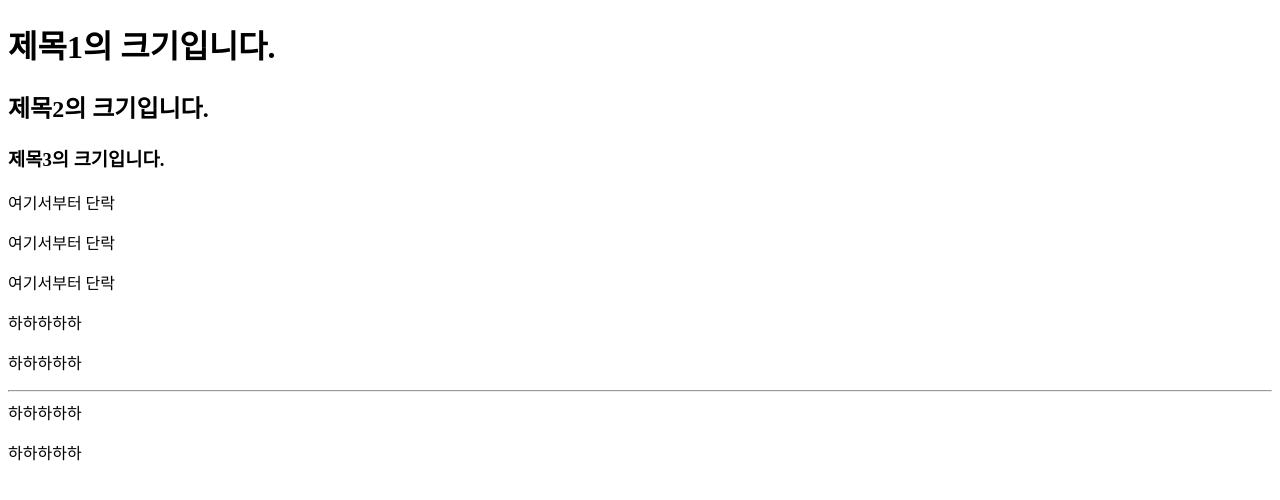
Repository: AkaKSR/Java_Convergence_New
Page: HTML0826/WebContent/Ex04.html
The author's editor kept a copy of each file at every save. The page is drawn from the files as they stood at one save, then again after the next save.
The browser window is 1280 px wide. The pictures show the whole page.

Above is the page before, as saved 2019-08-26 06:55:42.

### HTML0826/WebContent/Ex04.html
<!DOCTYPE html>
<html>
<head>
<meta charset="UTF-8">
<title>Insert title here</title>
</head>
<body>
	<h1>제목1의 크기입니다.</h1>
	<h2>제목2의 크기입니다.</h2>
	<h3>제목3의 크기입니다.</h3>
	<p>여기서부터 단락</p>
	<p>여기서부터 단락</p>
	<p>여기서부터 단락</p>
	하하하하하<p>
	하하하하하
	<hr>
	하하하하하<p>
	하하하하하
</body>
</html>

After the next save:
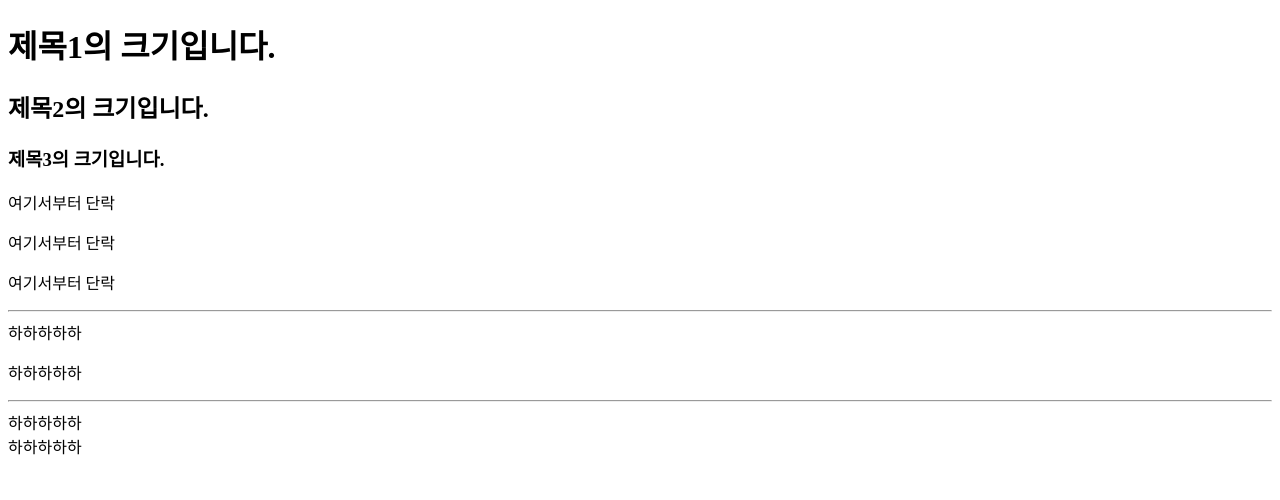
Saved 15 s later.
--- a/HTML0826/WebContent/Ex04.html
+++ b/HTML0826/WebContent/Ex04.html
@@ -11,10 +11,11 @@
 	<p>여기서부터 단락</p>
 	<p>여기서부터 단락</p>
 	<p>여기서부터 단락</p>
+	<hr>
 	하하하하하<p>
 	하하하하하
 	<hr>
-	하하하하하<p>
+	하하하하하<br>
 	하하하하하
 </body>
 </html>
